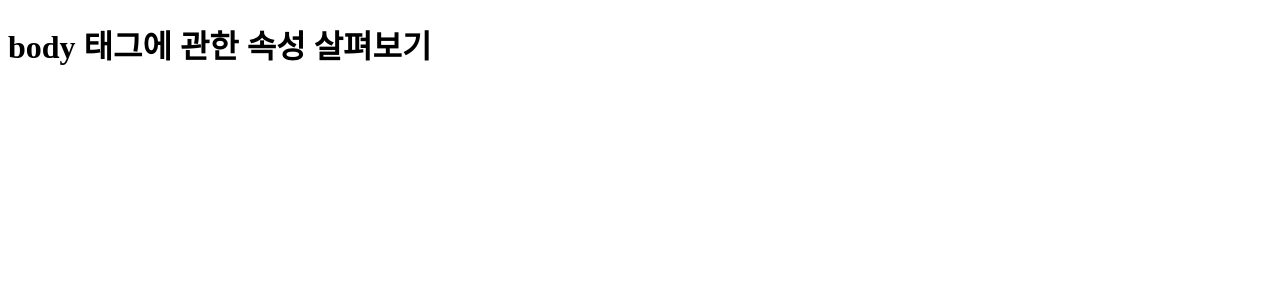
Repository: yhj4130/WebStudy
Page: WebApp01/WebContent/Test003.html
The author's editor kept a copy of each file at every save. The page is drawn from the files as they stood at one save, then again after the next save.
The browser window is 1280 px wide. The pictures show the whole page.

Above is the page before, as saved 2019-04-29 07:24:03.

After the next save:
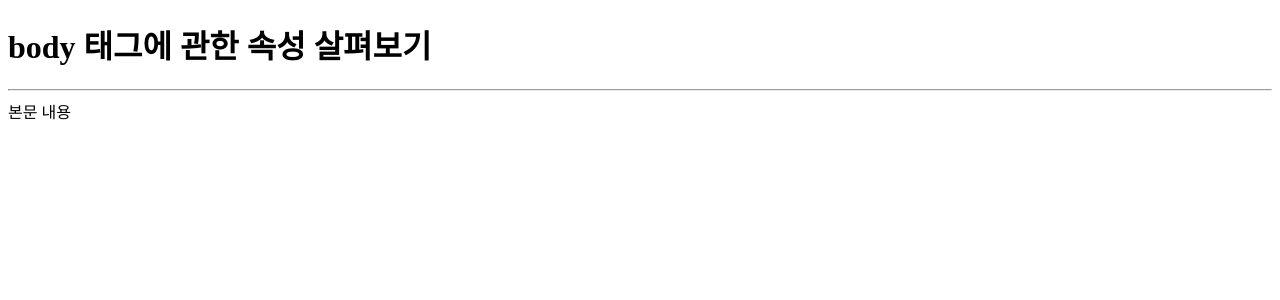
Saved 19 s later.
--- a/WebApp01/WebContent/Test003.html
+++ b/WebApp01/WebContent/Test003.html
@@ -7,7 +7,11 @@
 <body>
 <div>
 	<h1>body 태그에 관한 속성 살펴보기</h1>
+	<hr>
 </div>
 
+<div>
+	본문 내용<br>
+</div>
 </body>
 </html>
